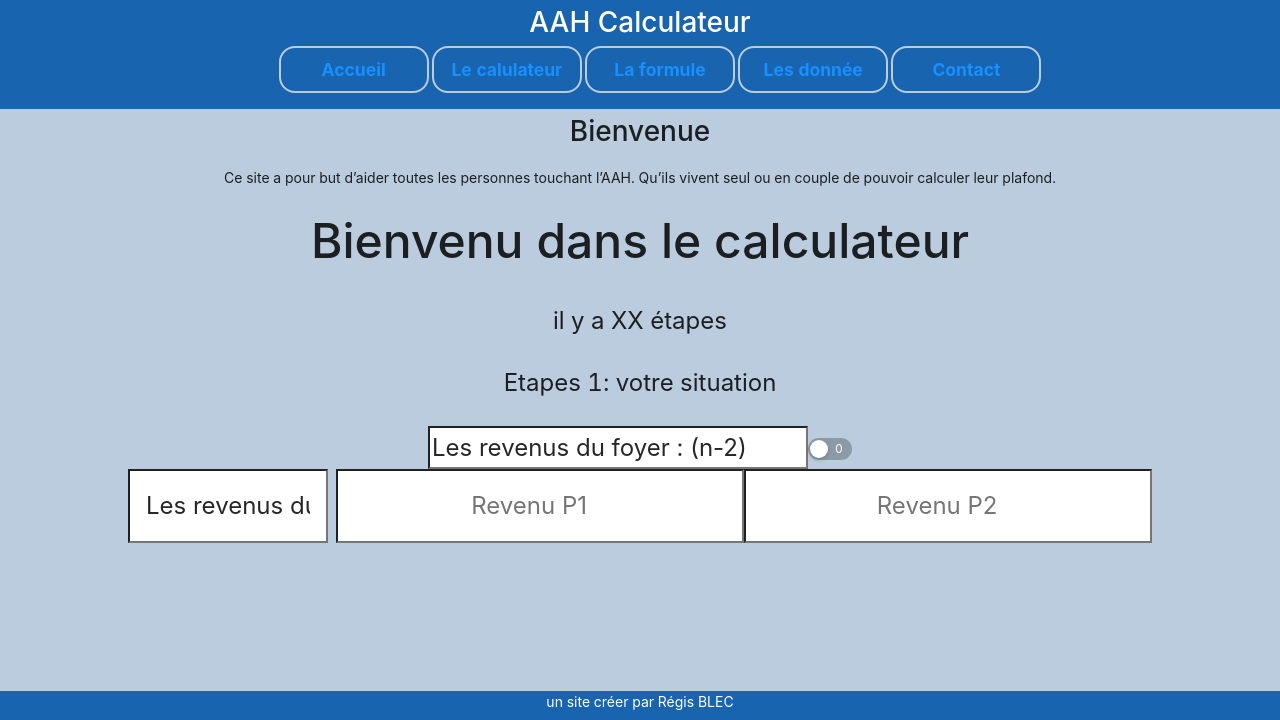
Repository: Cide74/calculateur-aah
Page: /
These files come from the project's save history. The page is drawn as it stood at one moment and after the next save; the edit follows.
The browser window is 1280 px wide. The pictures show the whole page.
The project was rebuilt for these pictures with package versions that can differ from the ones it lists, and the page was loaded fresh each time.

Above is the page before, as saved 2021-04-05 17:59:54.

### public/index.html
<!DOCTYPE html>
<html lang="fr">
  <head>
    <meta charset="utf-8" />
    <link rel="icon" href="%PUBLIC_URL%/logoAAH.ico" />
    <meta name="viewport" content="width=device-width, initial-scale=1" />
    <meta name="theme-color" content="#000000" />
    <meta
      name="description"
      content="Web site created using create-react-app"
    />
    <link rel="apple-touch-icon" href="%PUBLIC_URL%/logoAAH.jpg" />
    <!--
      manifest.json provides metadata used when your web app is installed on a
      user's mobile device or desktop. See https://developers.google.com/web/fundamentals/web-app-manifest/
    -->
    <link rel="manifest" href="%PUBLIC_URL%/manifest.json" />
    <!--
      Notice the use of %PUBLIC_URL% in the tags above.
      It will be replaced with the URL of the `public` folder during the build.
      Only files inside the `public` folder can be referenced from the HTML.

      Unlike "/favicon.ico" or "favicon.ico", "%PUBLIC_URL%/favicon.ico" will
      work correctly both with client-side routing and a non-root public URL.
      Learn how to configure a non-root public URL by running `npm run build`.
    -->
    <title>React App</title>
  </head>
  <body>
    <noscript>You need to enable JavaScript to run this app.</noscript>
    <div id="root"></div>
    <!--
      This HTML file is a template.
      If you open it directly in the browser, you will see an empty page.

      You can add webfonts, meta tags, or analytics to this file.
      The build step will place the bundled scripts into the <body> tag.

      To begin the development, run `npm start` or `yarn start`.
      To create a production bundle, use `npm run build` or `yarn build`.
    -->
  </body>
</html>

### src/index.css
body {
  margin: 0;
  font-family: -apple-system, BlinkMacSystemFont, 'Segoe UI', 'Roboto', 'Oxygen',
    'Ubuntu', 'Cantarell', 'Fira Sans', 'Droid Sans', 'Helvetica Neue',
    sans-serif;
  -webkit-font-smoothing: antialiased;
  -moz-osx-font-smoothing: grayscale;







  background-color:#BBCCDE;
  background-color:#1864AF;
}

code {
  font-family: source-code-pro, Menlo, Monaco, Consolas, 'Courier New',
    monospace;
}

### src/App.js
import Header from './components/Header/Header';
import Menu from './components/Menu/Menu';
import Main from './components/Main/Main';
import Footer from './components/Footer/Footer';

import './App.scss';

function App() {
  return (
    <div className="App">
      <Header />
      <Menu />
      <Main />
      <Footer />
    </div>
  );
}

export default App;

### src/components/Header/Header.js
//import Menu from '../Menu/Menu';
import './Header.scss';

export default function Header() {
  return (
    <div className="header">
      <h1 className="header-title">AAH Calculateur</h1>

    </div>
  );
}

### src/components/Menu/Menu.js

import './Menu.scss';

export default function Menu() {
  return (
		<nav className="menu">
			<ul className="menu__list">
				<li className="menu__item menu__item--current">
          <a className="menu__link">Accueil</a></li>
				<li className="menu__item">
          <a className="menu__link">Le calulateur</a></li>
				<li className="menu__item">
          <a className="menu__link">La formule</a></li>
				<li className="menu__item">
          <a className="menu__link">Les donnée</a></li>
				<li className="menu__item">
          <a className="menu__link">Contact</a></li>
			</ul>
		</nav>
  );
}

### src/components/Main/Main.js
import Home from '../Home/Home';
import Calculator from '../Calculator/Calculator';

import './Main.scss';

export default function Main() {
  return (
    <div className="Main">
      < Home />
      < Calculator />

    </div>
  );
}

### src/components/Footer/Footer.js
import './Footer.scss';

export default function Footer() {
  return (
    <div className="Footer">
      <h1 className="Footer-title">un site créer par Régis BLEC</h1>
    </div>
  );
}

### src/App.scss
.App {

  text-align: center;
  background-color:#1864AF ;
  background-color:#BBCCDE;

  display: flex;
  flex-direction: column;
  min-height: 100vh;

  h1 {
   // color:white;
  }
}

### src/components/Header/Header.scss
.header {
    background-color:#1864AF;
    &-title {
        color: white;
        font-size: 2em;
        background-color:#1864AF;
        margin-bottom: 0rem ;
    }
}

### src/components/Menu/Menu.scss
.menu {
    color:#BBCCDE;
    background-color:#1864AF;
    &__list {
        display:inline-flex;
    }
    &__item {
        max-width: auto;
        margin:0.1rem;
        padding: 0.5rem;
        list-style:none;
        font-size: 1.25em;
        font-weight: bolder;
        border-radius: 1rem ;
        border:2px solid #BBCCDE;
        min-width: 150px;
    }
    &__item:hover {
            color :#1864AF;
            border-radius: 3rem ;
            background-color:#BBCCDE;
        }
}

### src/components/Home/Home.js


import './Home.scss';

export default function Home() {
  return (
    <div className='Home'>
      <h1>Bienvenue</h1>
      <p>Ce site a pour but d’aider toutes les personnes touchant l’AAH. Qu’ils vivent seul ou en couple de pouvoir calculer leur plafond. </p>

    </div>
  );
}

### src/components/Calculator/Calculator.js
import React from 'react';
// import ReactDOM from 'react-dom';
import 'antd/dist/antd.css';
import { Switch } from 'antd';
// import { CloseOutlined, CheckOutlined } from '@ant-design/icons';

import './Calculator.scss';

export default function Calculator() {

  return (
    <div className='calculateur'>
      <h1>Bienvenu dans le calculateur</h1>
      <p>il y a XX étapes </p>
        <form className="form">
          <p>Etapes 1: votre situation</p>
          <div className='form-situation'>
            <input
              type='text'
              className='form-situation-switch'
              onChange= ''
              value="Les revenus du foyer : (n-2)"
              name='revenu-text'
            />

              <Switch checkedChildren="1" unCheckedChildren="0" />

          </div>
        </form>
      <form className='form'>
        <div className="field-revenu">
          <input
            type='text'
            className='field-input-revenu-text'
            onChange= ''
            value="Les revenus du foyer : (n-2)"
            name='revenu-text'
          />
          <input
            type='number'
            className='field-input-revenu'
            onChange= ''
            value=""
            //onChange={handleChange}
            placeholder='Revenu P1 '
            name='revenu1'
          />
          <input
            type='number'
            className='field-input-revenu'
            onChange= ''
            value=""
            //onChange={handleChange}
            placeholder='Revenu P2 '
            name='revenu1'
          />
        </div>
      </form>
    </div>
  );
}

### src/components/Main/Main.scss
.Main {
    background-color: #BBCCDE;
    flex: 1;


    p {
    overflow: auto;
    }

}

### src/components/Footer/Footer.scss
.Footer {

    text-align: center;
    background-color:#1864AF;

    position: relative;
    width: 100%;

    &-title {
        text-align: center;
        text-overflow: clip;
        color:white;
        font-weight: normal;
        font-size: 1em;
    }

}

### src/components/Calculator/Calculator.scss
.calculateur {
   // color:orange;
    font-size: 1.5rem;

    .field-input-revenu {
        color:red;
        text-align: center;
        width: max-content;
        padding: 1rem;

        &-text {
            text-align: center;
            width: 200px;
            margin-right: 0.5rem;
            padding: 1rem;
        }}
}

Loaded but not shown: src/index.js (common file); src/reportWebVitals.js (common file); src/components/Home/Home.scss (no stored copy; drawn as an empty file)

After the next save:
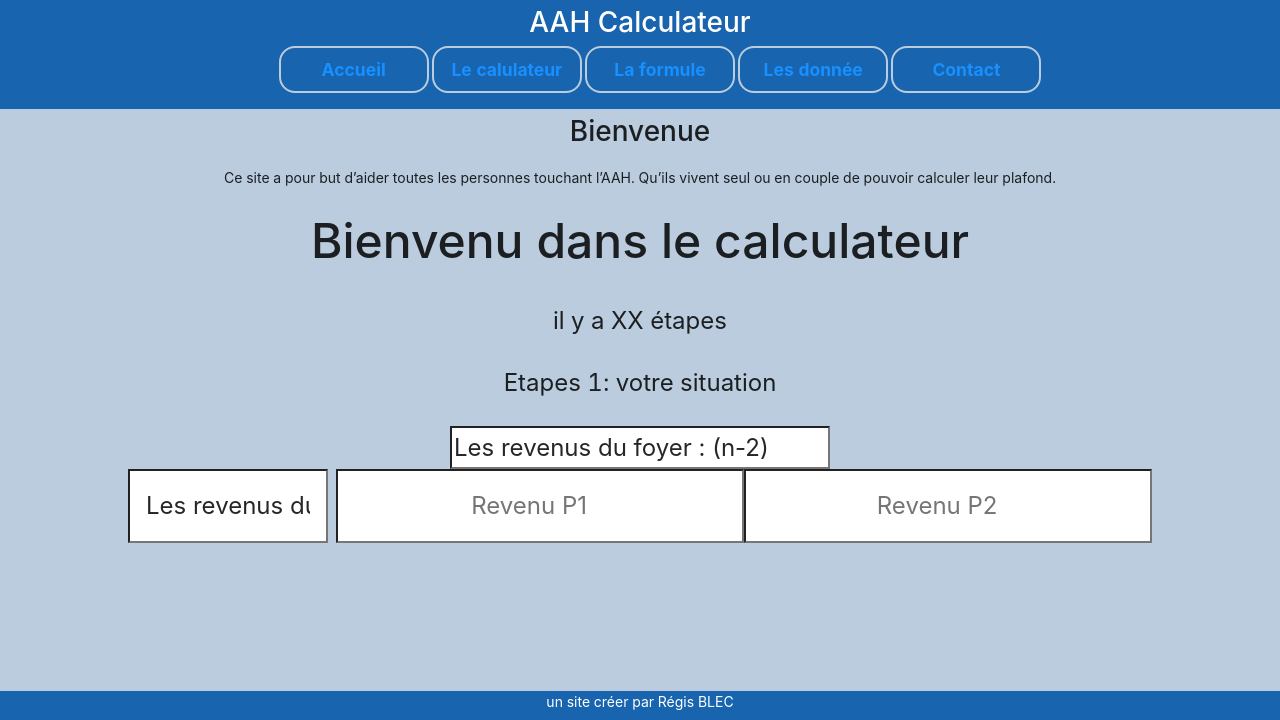
Saved 7 s later.
--- a/src/components/Calculator/Calculator.js
+++ b/src/components/Calculator/Calculator.js
@@ -23,7 +23,7 @@ export default function Calculator() {
               name='revenu-text'
             />
 
-              <Switch checkedChildren="1" unCheckedChildren="0" />
+
 
           </div>
         </form>
